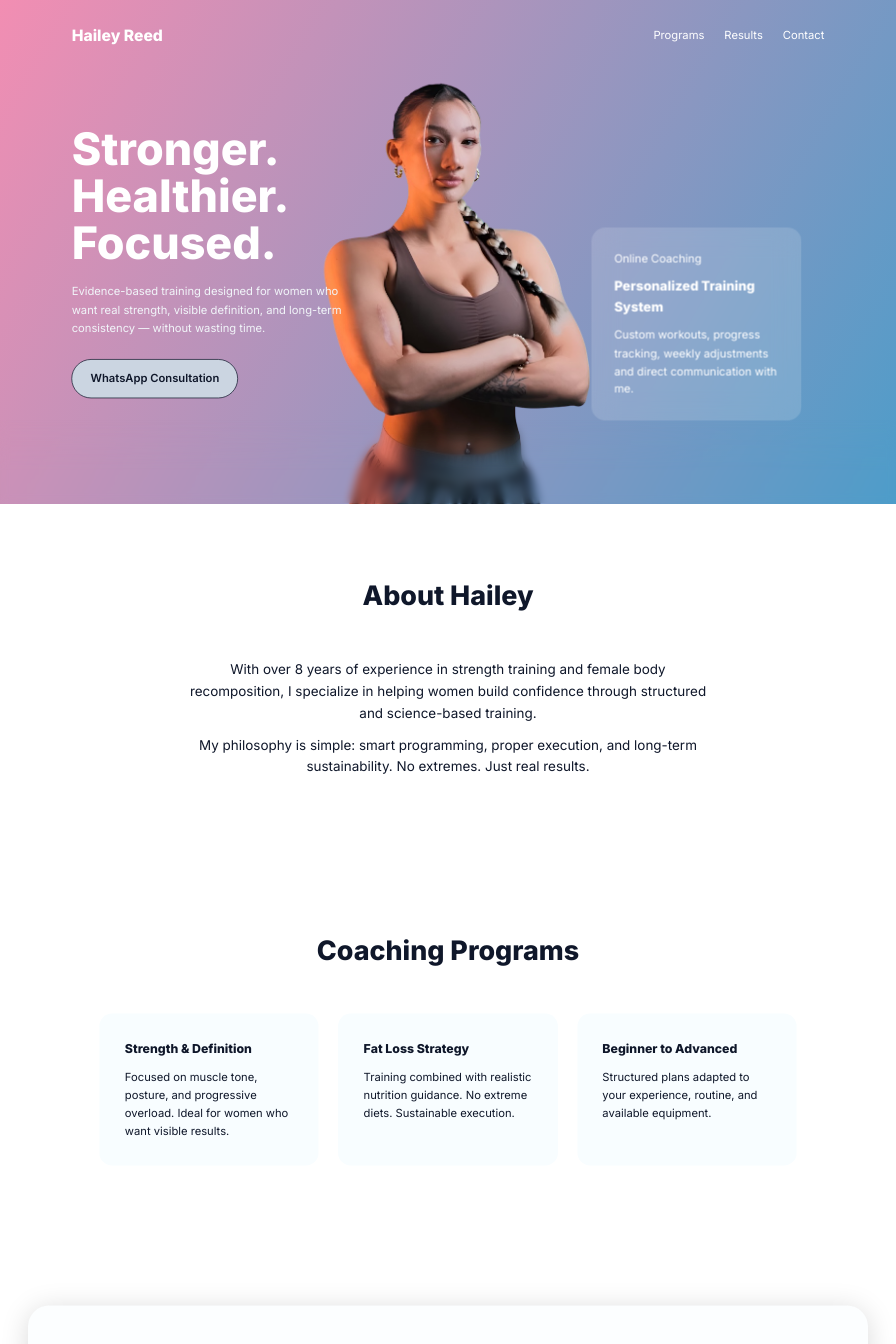
Repository: davidfsillva/Hailey-Reed-Coaching
Page: index.html
The author's editor kept a copy of each file at every save. The page is drawn from the files as they stood at one save, then again after the next save.
The browser window is 1280 px wide. The pictures show the part of the page from y = 0 to 1920 px (the page is 5225 px tall), at 70% of full size.

Above is the page before, as saved 2026-02-12 09:31:59.

### index.html
<!DOCTYPE html>
<html lang="en">
<head>
  <meta charset="UTF-8" />
  <meta name="viewport" content="width=device-width, initial-scale=1.0" />
  <title>Personal Trainer | Online Coaching</title>
  <link rel="stylesheet" href="style.css" />
  <link rel="preconnect" href="https://fonts.googleapis.com">
  <link rel="preconnect" href="https://fonts.gstatic.com" crossorigin>
  <link href="https://fonts.googleapis.com/css2?family=Inter:wght@400;600;800&display=swap" rel="stylesheet">
</head>
<body>

<header class="hero">
  <nav class="nav">
    <h1 class="logo">Hailey Reed</h1>
    <div class="nav-links">
      <a href="#programs">Programs</a>
      <a href="#results">Results</a>
      <a href="#contact">Contact</a>
    </div>
  </nav>

  <img class="hero-img" src="img/Photoroom_20260211_45117 PM.png" alt="Trainer" />

  <div class="hero-gradient"></div>

  <div class="hero-content">
    <div class="hero-text">
<h2 class="hero-title">
  Stronger. Healthier. Focused.
</h2>

      <p>
        Evidence-based training designed for women who <br>
        want real strength, visible definition, and long-term <br>
        consistency — without wasting time.
      </p>
      <div class="cta-group">
        <a href="https://wa.me/5599999999999" target="_blank" class="btn primary">
          WhatsApp Consultation
        </a>
      </div>
    </div>

    <div class="hero-card">
      <span class="tag">Online Coaching</span>
      <h3>Personalized Training System</h3>
      <p>
        Custom workouts, progress tracking, weekly adjustments
        and direct communication with me.
      </p>
    </div>
  </div>
</header>

<!-- ABOUT SECTION -->
<section class="section">
  <h3>About Hailey</h3>
  <div class="testimonial">
    <p>
      With over 8 years of experience in strength training and female body
      recomposition, I specialize in helping women build confidence through
      structured and science-based training.
    </p>
    <p>
      My philosophy is simple: smart programming, proper execution,
      and long-term sustainability. No extremes. Just real results.
    </p>
  </div>
</section>

<section id="programs" class="section">
  <h3>Coaching Programs</h3>

  <div class="cards">
    <div class="card">
      <h4>Strength & Definition</h4>
      <p>
        Focused on muscle tone, posture, and progressive overload.
        Ideal for women who want visible results.
      </p>
    </div>

    <div class="card">
      <h4>Fat Loss Strategy</h4>
      <p>
        Training combined with realistic nutrition guidance.
        No extreme diets. Sustainable execution.
      </p>
    </div>

    <div class="card">
      <h4>Beginner to Advanced</h4>
      <p>
        Structured plans adapted to your experience, routine,
        and available equipment.
      </p>
    </div>
  </div>
</section>

<!-- HOW IT WORKS -->
<section class="section dark">
  <h3>How It Works</h3>

  <div class="cards">
    <div class="card">
      <h4>1. Initial Consultation</h4>
      <p>
        We discuss your goals, routine, training history,
        and current physical condition.
      </p>
    </div>

    <div class="card">
      <h4>2. Custom Plan Creation</h4>
      <p>
        A personalized workout structure is designed
        specifically for your body and objectives.
      </p>
    </div>

    <div class="card">
      <h4>3. Weekly Adjustments</h4>
      <p>
        Progress tracking and adjustments ensure continuous
        improvement and optimal results.
      </p>
    </div>
  </div>
</section>

<section id="results" class="section dark">
  <h3>Client Feedback</h3>

  <div class="testimonial">
    <p>
      “This coaching completely changed how I train.
      Every session has a clear purpose and I finally feel strong.”
    </p>
    <span>— Samantha M.</span>
  </div>
</section>

<!-- TRANSFORMATION PROCESS -->
<section class="section">
  <h3>The Transformation Process</h3>

  <div class="testimonial">
    <p>
      Sustainable transformation is not about intensity —
      it's about consistency.
    </p>
    <p>
      Through progressive overload, intelligent recovery,
      and realistic nutrition, we create measurable and lasting results.
    </p>
  </div>
</section>

<!-- FAQ -->
<section class="section">
  <h3>Frequently Asked Questions</h3>

  <div class="cards">
    <div class="card">
      <h4>Do I need gym access?</h4>
      <p>
        Not necessarily. Programs can be adapted for home training
        with minimal equipment.
      </p>
    </div>

    <div class="card">
      <h4>Is nutrition included?</h4>
      <p>
        Yes. You receive structured guidance focused on sustainable habits,
        not restrictive diets.
      </p>
    </div>

    <div class="card">
      <h4>How long until I see results?</h4>
      <p>
        Most clients notice strength improvements within weeks
        and visible body changes within 8–12 weeks.
      </p>
    </div>
  </div>
</section>

<section id="contact" class="section">
  <h3>Start Your Training</h3>
  <p class="contact-text">
    If you’re serious about improving your body composition
    and performance, let’s talk.
  </p>

  <div class="cta-group center">
    <a href="https://wa.me/5599999999999" target="_blank" class="btn primary">
      Message on WhatsApp
    </a>
    <a href="https://instagram.com/seuinstagram" target="_blank" class="btn secondary">
      Visit Instagram
    </a>
  </div>
</section>

<!-- FINAL CTA SECTION -->
<section class="section dark">
  <div class="testimonial">
    <h3>Ready to Transform?</h3>
    <p>
      Your strongest, healthiest version starts with a decision.
      Let’s build it together.
    </p>
    <div class="cta-group center">
      <a href="https://wa.me/5599999999999" target="_blank" class="btn primary">
        Apply for Coaching
      </a>
    </div>
  </div>
</section>

<footer class="footer">
  <p>© 2026 Hailey Reed Coaching. All rights reserved.</p>
</footer>

<script src="script.js"></script>
</body>
</html>

### style.css
:root {
  --pink: #f07aa5;
  --blue: #2e8bc0;
  --dark: #0f172a;
  --light: #ffffff;
  --muted: #cbd5e1;
}

/* ================= RESET ================= */
* {
  margin: 0;
  padding: 0;
  box-sizing: border-box;
  font-family: 'Inter', sans-serif;
}

body {
  background: var(--light);
  color: var(--dark);
  line-height: 1.6;
}

/* ================= HERO ================= */
.hero {
  position: relative;
  min-height: 100vh;
  padding: 32px 8%;
  color: white;
  overflow: hidden;
}

/* IMAGEM */
.hero-img {
  position: absolute;
  top: 50%;
  left: 50%;
  transform: translate(-50%, -50%);
  width: 60%;
  max-width: 500px;
  height: auto;
  z-index: 2;
}

/* GRADIENTE */
.hero-gradient {
  position: absolute;
  inset: 0;
  background: linear-gradient(
    120deg,
    rgba(240,122,165,0.85),
    rgba(46,139,192,0.85)
  );
  z-index: 1;
}

/* CONTEÚDO */
.hero-content {
  position: relative;
  z-index: 5;
}

/* TEXTO */
.hero-text {
  display: flex;
  flex-direction: column;
  justify-content: center;
  height: 85vh;
  max-width: 550px;
}

.hero-title {
  font-size: clamp(2.8rem, 5vw, 4.5rem);
  line-height: 1.05;
  margin-bottom: 24px;
}

.hero-text p {
  max-width: 480px;
  font-size: 1rem;
  color: #f1f5f9;
}

/* BLUR INFERIOR */
.hero::after {
  content: "";
  position: absolute;
  bottom: 0;
  left: 0;
  width: 100%;
  height: 120px;
  backdrop-filter: blur(6px);
  -webkit-backdrop-filter: blur(6px);
  mask-image: linear-gradient(to top, black 40%, transparent 100%);
  pointer-events: none;
  z-index: 3;
}

/* ================= BOTÕES ================= */
.cta-group {
  display: flex;
  gap: 16px;
  margin-top: 32px;
  flex-wrap: wrap;
}

.btn {
  padding: 14px 26px;
  border-radius: 999px;
  font-weight: 600;
  text-decoration: none;
  transition: 0.3s ease;
  display: inline-block;
}

.btn.primary {
  background: var(--muted);
  color: var(--dark);
  border: 1px solid var(--dark);
  background-size: 200% 200%;
  transition: all 0.4s ease;
}

.btn.primary:hover {
  background: linear-gradient(120deg, var(--pink), var(--blue));
  color: white;

  background-position: right center;
  transform: translateY(-4px);
  box-shadow: 0 10px 25px rgba(240,122,165,0.3);
}

.btn.secondary {
  background: transparent;
  color: var(--dark);
  border: 1px solid var(--dark);
  transition: all 0.3s ease;
}

.btn.secondary:hover {
  background: linear-gradient(120deg, var(--pink), var(--blue));  color: white;
  transform: translateY(-3px);
}


/* ================= HERO CARD ================= */
.hero-card {
  position: absolute;
  top: 42%;
  right: 8%;
  width: 300px;
  background: rgba(255,255,255,0.15);
  backdrop-filter: blur(18px);
  padding: 32px;
  border-radius: 20px;
  z-index: 4;
}

.hero-card {
  position: absolute;
  top: 42%;
  right: 3%;
  width: 300px;
}



.hero-card h3 {
  margin: 12px 0;
}

/* ================= NAVBAR ================= */
.nav {
  position: relative;
  z-index: 10;
  display: flex;
  justify-content: space-between;
  align-items: center;
}

.logo {
  font-weight: 800;
  font-size: 1.4rem;
}

.nav-links a {
  position: relative;
  color: white;
  margin-left: 24px;
  text-decoration: none;
  font-weight: 500;
  padding-bottom: 4px;
}

.nav-links a::after {
  content: "";
  position: absolute;
  left: 0;
  bottom: 0;
  width: 0%;
  height: 2px;
  background: white;
  transition: width 0.3s ease;
}

.nav-links a:hover::after {
  width: 100%;
}

/* ================= SECTIONS ================= */
.section {
  padding: 100px 8%;
  max-width: 1200px;
  margin: auto;
}

.section h3 {
  font-size: 2.4rem;
  margin-bottom: 60px;
  text-align: center;
}

.cards {
  display: grid;
  grid-template-columns: repeat(auto-fit, minmax(260px, 1fr));
  gap: 28px;
}

.card {
  background: rgb(248, 253, 255);
  padding: 36px;
  border-radius: 18px;
  transition: 0.3s ease;
}

.card:hover {
  transform: translateY(-6px);
}

.card h4 {
  margin-bottom: 14px;
  font-size: 1.1rem;
}

/* ================= DARK SECTIONS ================= */
.dark {
  background: rgb(252, 254, 255);
  border-radius: 30px;
  color: var(--dark);
  margin: 100px auto;
  padding: 100px 8%;
  box-shadow: 0 5px 40px rgba(0,0,0,0.15);
}


.dark .card {
  background: rgba(255,255,255,0.06);
  color: var(--dark);
  box-shadow: 0 20px 60px rgba(0,0,0,0.15);
}

.dark .card:hover {
  background: rgba(255,255,255,0.1);
}

/* ================= TESTIMONIAL ================= */
.testimonial {
  max-width: 750px;
  margin: auto;
  text-align: center;
}

.testimonial p {
  font-size: 1.2rem;
  margin-bottom: 16px;
}

.contact-text {
  text-align: center;
  max-width: 520px;
  margin: 0 auto 32px;
}

.center {
  justify-content: center;
}

/* ================= FOOTER ================= */
.footer {
  padding: 32px;
  text-align: center;
  background: linear-gradient(120deg, var(--pink), var(--blue));
  color: var(--muted);
  font-size: 0.85rem;
}

/* ================= RESPONSIVE ================= */
@media (max-width: 1024px) {

  .hero-card {
    position: relative;
    top: unset;
    right: unset;
    margin-top: 40px;
    width: 100%;
    max-width: 400px;
  }

  .hero-text {
    height: auto;
    text-align: center;
    margin-top: 80px;
  }

  .hero-text p {
    margin: auto;
  }

  .hero-img {
    width: 75%;
  }
}

@media (max-width: 768px) {

  .nav {
    flex-direction: column;
    align-items: center;
  }

  .nav-links {
    display: flex;
    gap: 30px;          /* controla o espaçamento */
    margin-top: 10px;   /* afasta do logo */
  }

  .nav-links a {
    margin-left: 0;     /* remove espaçamento antigo */
  }

    .hero-card {
    width: 95%;          /* ocupa menos largura fixa */
    max-width: 660px;    /* limita tamanho */
    margin: 375px auto 0; /* mais baixo */

    padding: 15px;       /* reduz espaço interno */
    border-radius: 16px;
  }

  .hero-card h3 {
    font-size: 1rem;
  }

  .hero-card p {
    font-size: 0.85rem;
    line-height: 1.4;
  }

  .hero-img {
    width: 90%;
    top: 60%;              /* desce um pouco a imagem */
  }

  .hero-title {
    font-size: 1.9rem;
    margin-bottom: 20px;
  }

  .hero-text {
    height: auto;          /* remove os 85vh */
    justify-content: flex-start;
    margin-top: 40px;      /* controla distância do nav */
    text-align: center;
  }

  .hero-text p {
    display: none;
  }

  .section {
    padding: 80px 6%;
  }

  .cta-group {
  position: relative;
  transform: translateY(350px);
  z-index: 6;
  display: flex;
  justify-content: center;
  }

  .btn.primary {
    transform: translateY(120px);
  }

}



@media (max-width: 480px) {

  .hero {
    padding: 24px 6%;
  }

  .btn {
    width: 100%;
    text-align: center;
  }

  .cta-group {
    flex-direction: column;
  }
}

### script.js
// ===============================
// SMOOTH SCROLL
// ===============================
document.querySelectorAll('a[href^="#"]').forEach(anchor => {
  anchor.addEventListener('click', function (e) {
    const target = document.querySelector(this.getAttribute('href'));
    if (!target) return;

    e.preventDefault();
    target.scrollIntoView({ behavior: 'smooth' });
  });
});


// ===============================
// NAVBAR SCROLL EFFECT
// ===============================
const nav = document.querySelector(".nav");

window.addEventListener("scroll", () => {
  if (!nav) return;

  if (window.scrollY > 50) {
    nav.style.background = "rgba(15, 23, 42, 0.85)";
    nav.style.backdropFilter = "blur(10px)";
    nav.style.padding = "16px 8%";
    nav.style.transition = "all 0.3s ease";
  } else {
    nav.style.background = "transparent";
    nav.style.backdropFilter = "none";
    nav.style.padding = "";
  }
});


// ===============================
// SCROLL REVEAL (melhor performance)
// ===============================
const revealElements = document.querySelectorAll(".section, .card, .testimonial");

const revealOnScroll = () => {
  const triggerBottom = window.innerHeight * 0.85;

  revealElements.forEach(el => {
    const elementTop = el.getBoundingClientRect().top;

    if (elementTop < triggerBottom) {
      el.style.opacity = "1";
      el.style.transform = "translateY(0)";
    }
  });
};

// Estado inicial
revealElements.forEach(el => {
  el.style.opacity = "0";
  el.style.transform = "translateY(40px)";
  el.style.transition = "opacity 0.8s ease, transform 0.8s ease";
});

window.addEventListener("scroll", revealOnScroll);
window.addEventListener("load", revealOnScroll);



// ===============================
// HERO IMAGE PARALLAX (DESKTOP ONLY)
// ===============================
const heroImg = document.querySelector(".hero-img");

if (heroImg && window.innerWidth > 768) {
  window.addEventListener("scroll", () => {
    const scrollPosition = window.scrollY;
    heroImg.style.transform =
      `translate(-50%, calc(-50% + ${scrollPosition * 0.12}px))`;
  });
}



// ===============================
// BUTTON FADE-IN ON LOAD
// ===============================
window.addEventListener("load", () => {
  const buttons = document.querySelectorAll(".btn");

  buttons.forEach((btn, index) => {
    btn.style.opacity = "0";
    btn.style.transform = "translateY(20px)";
    btn.style.transition = "opacity 0.6s ease, transform 0.6s ease";

    setTimeout(() => {
      btn.style.opacity = "1";
      btn.style.transform = "translateY(0)";
    }, 300 + index * 150);
  });
});



// ===============================
// CARD HOVER GLOW EFFECT (desktop only)
// ===============================
if (window.innerWidth > 768) {

  const cards = document.querySelectorAll(".card");

  cards.forEach(card => {

    card.addEventListener("mousemove", (e) => {
      const rect = card.getBoundingClientRect();
      const x = e.clientX - rect.left;
      const y = e.clientY - rect.top;

      card.style.background = `
        radial-gradient(circle at ${x}px ${y}px,
        rgba(240,122,165,0.18),
        rgba(255,255,255,0.03))
      `;
    });

    card.addEventListener("mouseleave", () => {
      card.style.background = "";
    });

  });

}

After the next save:
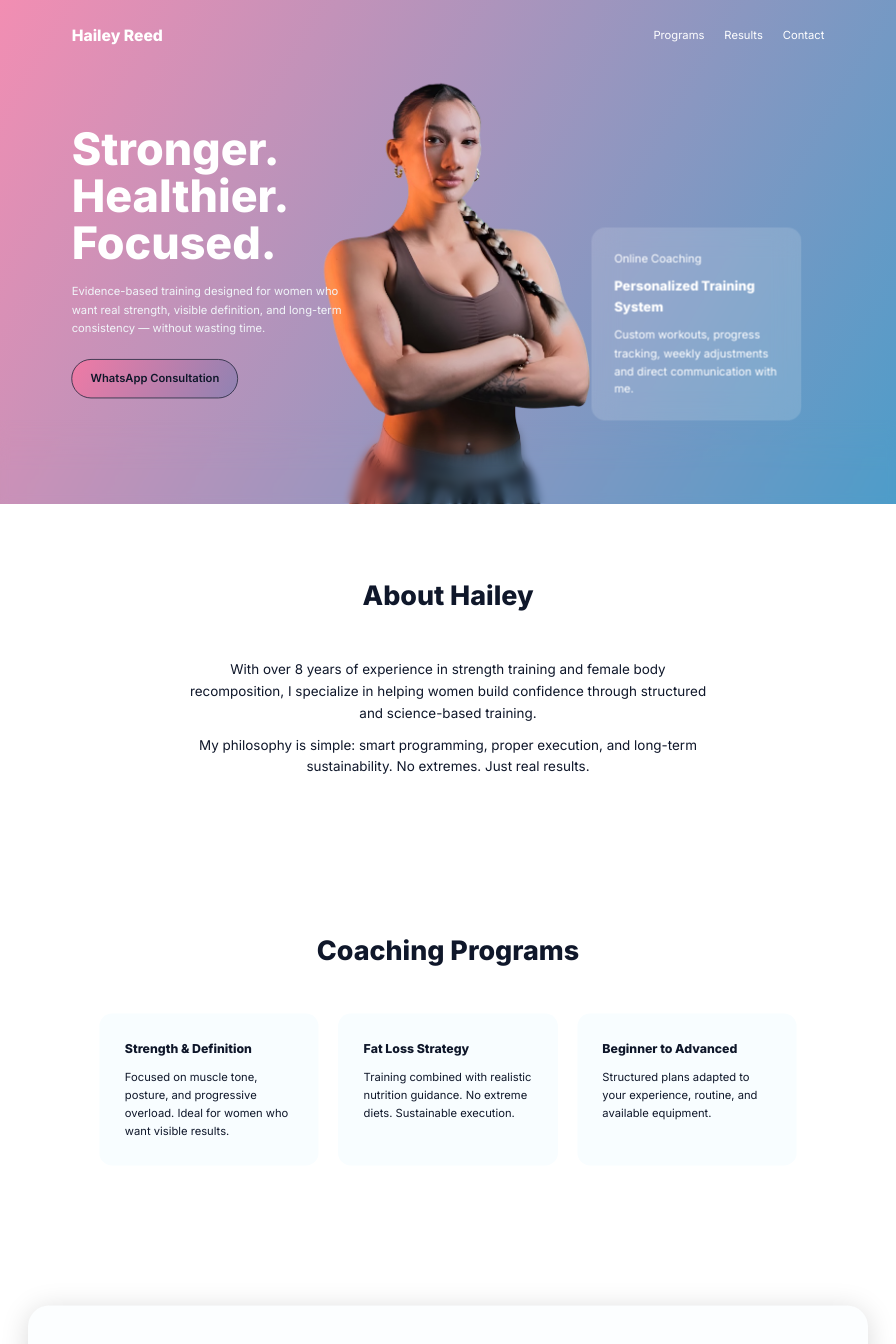
Saved 8 s later.
--- a/style.css
+++ b/style.css
@@ -113,7 +113,7 @@ body {
 }
 
 .btn.primary {
-  background: var(--muted);
+  background: linear-gradient(120deg, var(--pink), var(--blue));
   color: var(--dark);
   border: 1px solid var(--dark);
   background-size: 200% 200%;
